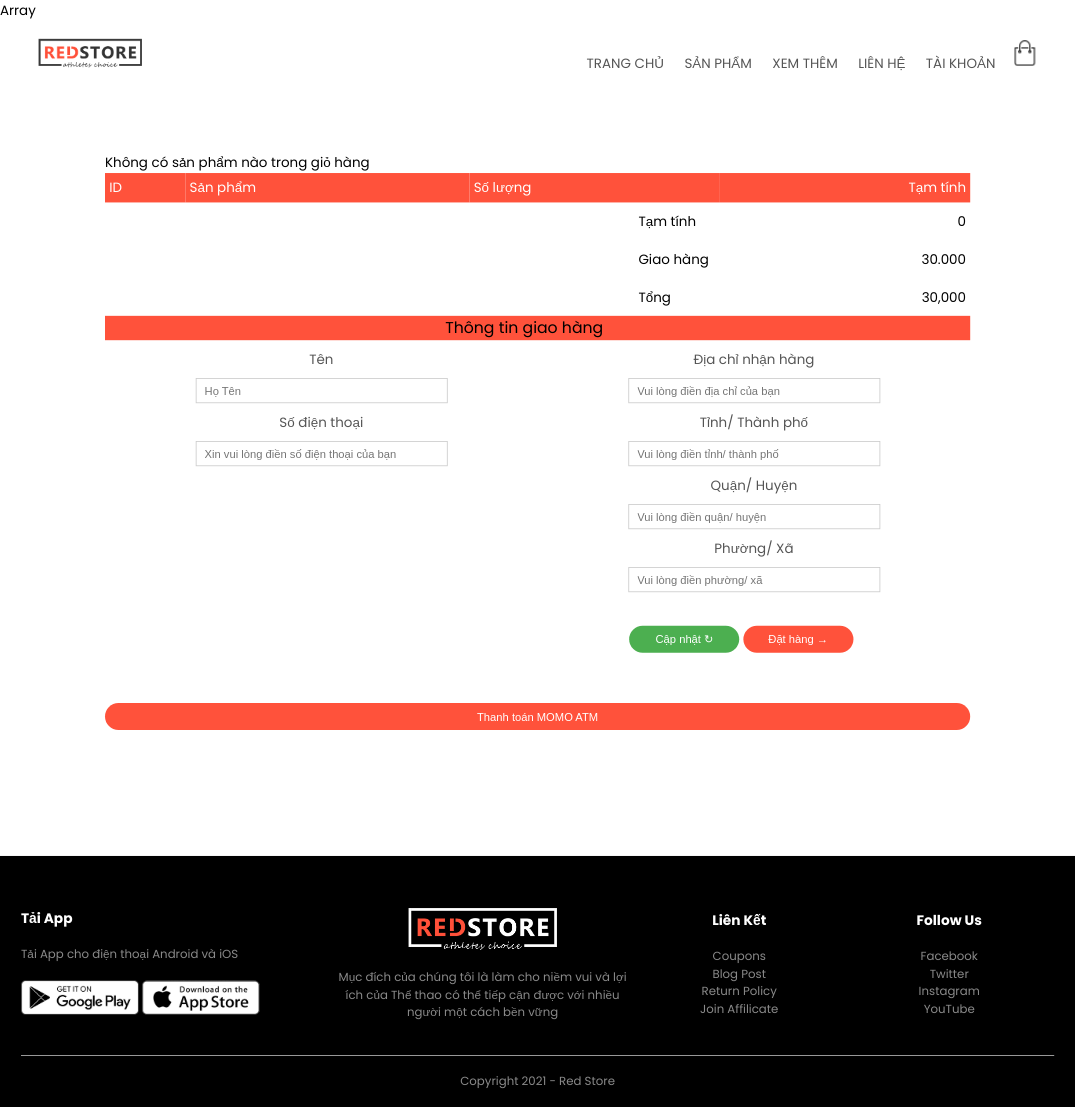
Repository: trongnk2001/RedStore
Page: http://localhost/RedStore/cart.php?action=submit
An editor plug-in stored every save of this project. The page is shown before and after the next save, followed by the edit.
The browser window is 1280 px wide. The pictures show the whole page, at 84% of full size.
Some web libraries are served in a nearby version. The page is run by PHP 8.4 with error messages shown; the project is at /var/www/html/.

Above is the page before, as saved 2022-06-05 10:49:06.

### cart.php
<?php
    session_start();
    include_once './Admin/connect.php';
    // thêm số luong
    // tru số luong
    // xoá sản phẩm
    // thêm sản phẩm vào giỏ hàng
    if(isset($_POST['themgiohang'])){
        $id = $_GET['productID'];
        $sl = $_POST['sl'];
        $sql_query = "SELECT * FROM product WHERE productID='".$id."'";
        $query = mysqli_query($links,$sql_query);
        $row = mysqli_fetch_array($query);
        if(isset($_SESSION['cart'])){
           $session_array_id = array_column($_SESSION['cart'],'id');


           if(!in_array($_GET['productID'],$session_array_id)){
            $session_array = array(
                'id' => $id,
                'soluong' => $sl,
                'price' => $row['price'],
                'name' => $row['name'],
                'img' => $row['img']
           );
            $_SESSION['cart'][] = $session_array;
           }
        }
         else{
             $session_array = array(
                 'id' => $id,
                 'soluong' => $sl,
                 'price' => $row['price'],
                 'name' => $row['name'],
                 'img' => $row['img']
             );
             $_SESSION['cart'][] = $session_array;
         }
     }

?>
<?php
                $error = false;
                $success = false;
                 if(isset($_GET['action'])){
                     $name = $_POST['name'];
                     $address = $_POST['address'];
                     $city = $_POST['city'];
                     $district = $_POST['district'];
                     $village = $_POST['village'];
                     $tel = $_POST['tel'];
                     $array_infor = array($name,$address,$city, $district, $village, $tel);
                     echo $array_infor;
                     switch($_GET['action']){
                         case "submit":
                            if(isset($_POST['update_click'])){
                                echo "Xin lỗi tính năng này chưa cập nhật";
                            }
                            elseif (isset($_POST['update_checkout'])){
                                     // echo '<pre>';
                                     // var_dump($_POST);
                                     // echo '</pre>';

                                    // echo '<pre>';

                                    // var_dump($_SESSION['cart'][$i]);
                                    // echo '</pre>';

                                // // var_dump($_POST["name"]) ;
                                 if (empty($_POST['name'])) {
                                     $error = "Bạn chưa nhập tên của người nhận";
                                 } elseif (empty($_POST['tel'])) {
                                     $error = "Bạn chưa nhập số điện thoại người nhận";
                                 } elseif (empty($_POST['address'])) {
                                     $error = "Bạn chưa nhập địa chỉ người nhận";
                                 }elseif (empty($_POST['city'])){
                                     $error = "Bạn chưa nhập thành phố !";
                                 }elseif (empty($_POST['district'])){
                                     $error = "Bạn chưa nhập quận/huyện !";
                                 }elseif (empty($_POST['village'])){
                                     $error = "Bạn chưa nhập xã/phuong !";
                                 }
                                 elseif (empty($_POST['soluong'])){
                                    $error = "Giỏ hàng rỗng";
                                }
                                $array_cart = array($_SESSION['cart']);
                                $array_cart += $array_infor;
                                if ($error == false && !empty($_POST['soluong'])) {
                                    for($i = 0; $i < count($array_cart[0]); $i++){
                                        echo '<pre>';
                                        var_dump($array_cart[0][$i]);
                                        echo '</pre>';
                                    }

                                    $products = mysqli_query($links, "SELECT * FROM product WHERE productID = $id_post");
                                    $total = 0;
                                    $orderProducts = array();
                                    $row = mysqli_fetch_array($products);
                                    $orderProducts[] = $row;
                                    $total += $row['price'] * $_POST['soluong'];
                                    $insertCus = mysqli_query($links, "INSERT INTO customer(cusID,name,adress,tel) VALUE ('','$name','$address.$village.$district.$city','$tel')");
                                    // $cusID = mysqli_query($links, "SELECT cusID FROM `customer` ORDER BY cusID DESC LIMIT 1");
                                    // sleep(5);
                                    // $add = mysqli_fetch_all($cusID);
                                    // var_dump($add[0]);
                                    $last_id = mysqli_insert_id($links);
                                    $mysqltime = date ("Y-m-d H:i:s", $phptime);
                                    $insertOrder = mysqli_query($links, "INSERT INTO `orderinf` (`orderID`, `customerID`, `total`, `orderDate`, `status`) VALUES ('', '$last_id', '$total', '$mysqltime', '1')");
                                    $last_order = mysqli_insert_id($links);
                                    $insertString = "";
                                    $gia = $_POST['giathanh'];
                                    $soluong = $_POST['soluong'];
                                    foreach ($orderProducts as $key => $product) {
                                        $insertString .= "('', '$last_order', '$row[0]', '$row[10]', '$soluong','$total')";
                                        if ($key != count($orderProducts) - 1) {
                                            $insertString .= ",";
                                        }
                                    }
                                    $insertOrderDetails = mysqli_query($links, "INSERT INTO `orderdetails` (`id`, `orderID`, `productID`, `price`, `quantity`, `total`) VALUES " . $insertString . ";");

                                    $success = "Đặt hàng thành công";
                                    $momo = "Thanh toán MOMO thành công";
                                    unset($_SESSION['cart']);
                        }
                                //  echo '<p style="text-align:center">'.$error.'</p>';


                    }
                    elseif (isset($_POST['momo'])){
                        foreach($_SESSION['cart'] as $key => $value){
                            $id_post = $_value['id'];
                        $products = mysqli_query($links, "SELECT * FROM product WHERE productID = $id_post");
                        $total = 0;
                        $orderProducts = array();
                        $row = mysqli_fetch_array($products);
                        $orderProducts[] = $row;
                        $total += $row['price'] * $_POST['soluong'];
                        $insertCus = mysqli_query($links, "INSERT INTO customer(cusID,name,adress,tel) VALUE ('','$name','$address.$village.$district.$city','$tel')");
                        // $cusID = mysqli_query($links, "SELECT cusID FROM `customer` ORDER BY cusID DESC LIMIT 1");
                        // sleep(5);
                        // $add = mysqli_fetch_all($cusID);
                        // var_dump($add[0]);
                        $last_id = mysqli_insert_id($links);
                        $mysqltime = date ("Y-m-d H:i:s", $phptime);
                        $insertOrder = mysqli_query($links, "INSERT INTO `orderinf` (`orderID`, `customerID`, `total`, `orderDate`, `status`) VALUES ('', '$last_id', '$total', '$mysqltime', '1')");
                        $last_order = mysqli_insert_id($links);
                        $insertString = "";
                        $gia = $_POST['giathanh'];
                        $soluong = $_POST['soluong'];
                        foreach ($orderProducts as $key => $product) {
                            $insertString .= "('', '$last_order', '$row[0]', '$row[10]', '$soluong','$total')";
                            if ($key != count($orderProducts) - 1) {
                                $insertString .= ",";
                            }
                        }
                        $insertOrderDetails = mysqli_query($links, "INSERT INTO `orderdetails` (`id`, `orderID`, `productID`, `price`, `quantity`, `total`) VALUES " . $insertString . ";");
                    }
                                    $momo = "Thanh toán MOMO thành công";
                                    unset($_SESSION['cart']);
                }


                }
        }
                if(isset($_GET['partnerCode'])){
                    $partnerCode = $_GET['partnerCode'];
                    $orderID = $_GET['orderID'];
                    $amount = $_GET['amount'];
                    $orderInfo = $_GET['orderInfo'];
                    $orderType = $_GET['orderType'];
                    $transId = $_GET['transId'];
                    $payType = $_GET['payType'];
                //insert database momo
                $insert_momo = "INSERT INTO tbl_momo(partner_code,order_id,amount,order_info,order_type,trans_id,pay_type)
                VALUE ('".$partnerCode."','".$orderID."','".$amount."','".$orderInfo."','".$orderType."','".$trans_id."','".$payType."')";
                $cart_query = mysqli_query($links,$insert_momo);



                    }
            ?>
<!DOCTYPE html>
<html lang="en">
<head>
    <meta charset="UTF-8">
    <meta name="viewport" content="width=device-width, initial-scale = 1.0">
    <meta http-equiv="X-UA-Compatible" content="IE=edge">
    <meta name="viewport" content="width=device-width, initial-scale=1.0">
    <link rel="stylesheet" href="./style.css">
    <link rel="preconnect" href="https://fonts.googleapis.com">
    <link rel="preconnect" href="https://fonts.gstatic.com" crossorigin>
    <link href="https://fonts.googleapis.com/css2?family=Poppins:wght@300;400;500;600;700&display=swap" rel="stylesheet">
    <script src="https://use.fontawesome.com/2defadb02e.js"></script>
    <title>Sản phẩm - Red Store - Nơi thể hiện cá tính của bạn</title>
</head>
<body>
        <div class="container">
            <div class="nav-bar">
                <div class="logo">
                    <img src="images/logo.png" alt="" width="125px">
                </div>
                <nav>
                    <ul id="MenuItems">
                        <li><a href="index.php">TRANG CHỦ</a></li>
                        <li><a href="products.php">SẢN PHẨM</a></li>
                        <li><a href="">XEM THÊM</a></li>
                        <li><a href="">LIÊN HỆ</a></li>
                        <li><a href="account.php">TÀI KHOẢN</a></li>
                    </ul>
                </nav>
                <a href="cart.php"><img src="images/cart.png" width="30px" height="30px" alt=""></a>
                <img src="images/menu.png" class="menu-icon" onclick="menutoggle()">
            </div>
        </div>
        <form action="cart.php?action=submit"  method="post">
        <!-- cart items details -->
        <div class="small-container cart-page">
            <table>
                <tr>
                    <th>ID</th>
                    <th>Sản phẩm</th>
                    <th>Số lượng</th>
                    <th>Tạm tính</th>
                </tr>
            <?php
                $total =0;
                if(!empty($_SESSION['cart'])){
                    foreach ($_SESSION['cart'] as $key => $value){
                        $rerult = substr($value['img'],3);
                            ?>

                                <tr>
                                    <td> <input name="id" type="text" value="<?php echo $value['id'] ?>" style="border: none;width: 30px ;"> </td>
                                    <td>
                                        <div class="cart-info">
                                            <?php echo ' <img src="'.$rerult.'"> '?>
                                            <div>
                                                <p name="ten"><?php echo $value['name'] ?></p>
                                                <small name="giathanh">Giá : <?php echo $value['price'] ?></small>
                                                <br>
                                                <a href="cart.php?remove=<?php echo $value['id'] ?>">Remove
                                                    <!-- <button style="color: #ff523b;font-size: 12px;border:none;background-color: #fff;cursor: pointer;">Remove</button> -->
                                                </a>
                                            </div>
                                        </div>
                                    </td>
                                    <td> <input name="soluong" type="number" value="<?php echo $value['soluong'] ?>" style="width: 40px;height: 30px;padding: 5px;"></td>
                                    <td><?php echo number_format( $value['soluong']*$value['price']) ?></td>
                                </tr>

                            <?php
                        $total = $total + $value['price'] * $value['soluong'];
                    }
                }
                else{
                    echo 'Không có sản phẩm nào trong giỏ hàng';
                }
            ?>
            <?php
                if(isset($_GET['remove'])){
                    $id = $_GET['remove'];
                    foreach($_SESSION['cart'] as $key => $value){
                        if($value['id'] == $id){
                            unset($_SESSION['cart'][$key]);
                        }
                        header('Location:cart.php');
                    }
                }

            ?>


            </table>

            <div class="total-price">
                <table>
                    <tr>
                        <td>Tạm tính</td>
                        <td><?php echo number_format($total) ?></td>
                    </tr>
                    <tr>
                        <td>Giao hàng</td>
                        <td>30.000</td>
                    </tr>
                    <tr>
                        <td>Tổng</td>
                        <td><?php echo number_format( $total + 30000)?></td>
                    </tr>
                </table>
            </div>
            <form action="">
            <div class="small-container" style="padding:0px 0px">
                <h3 style="padding: 0px 405px;background-color: #ff523b;">Thông tin giao hàng</h3>
                <?php if (!empty($error)) { ?>
                <div id="notify-msg" style="text-align: center; margin-top: 20px;font-weight: 600;">
                    <?= $error ?>
                </div>
            <?php } elseif (!empty($success)) { ?>
                <div id="notify-msg" style="text-align: center; margin-top: 20px;font-weight: 600;">
                    <?= $success ?>.
                </div>
            <?php } elseif(!empty($cart_query)) { ?>
                <div id="notify-msg" style="text-align: center; margin-top: 20px;font-weight: 600;">
                <?= $momo?>
                </div>
            <?php

        } ?>
                <div class="row" style="align-items: initial;">
                    <div class="col-2 inf" style="display: flex;align-items: center;flex-direction: column;">
                            <p>Tên</p>
                            <input type="text" name="name" placeholder="Họ Tên" style="width:300px">
                            <p>Số điện thoại</p>
                            <input type="text" name ="tel" placeholder="Xin vui lòng điền số điện thoại của bạn" style="width:300px">
                    </div>
                    <div class="col-2 inf" style="display: flex;align-items: center;flex-direction: column;">
                            <p>Địa chỉ nhận hàng</p>
                            <input type="text" name ="address" placeholder="Vui lòng điền địa chỉ của bạn">
                            <p>Tỉnh/ Thành phố</p>
                            <input type="text" name ="city" placeholder="Vui lòng điền tỉnh/ thành phố">
                            <p>Quận/ Huyện</p>
                            <input type="text" name ="district" placeholder="Vui lòng điền quận/ huyện">
                            <p>Phường/ Xã</p>
                            <input type="text" name = "village" placeholder="Vui lòng điền phường/ xã">
                        <div class="buy" style="text-align: center;margin-left: -30px;float:initial">
                        <input  type="submit" name="update_click" value="Cập nhật &#8635" style="display: inline-block;background: #4CAF50;color: #fff;padding: 8px 30px;margin: 30px 0;border-radius: 30px;transition: background 0.5s;border: none;cursor: pointer;height:32px;width:131px ;">
                        <input  type="submit" name="update_checkout" value="Đặt hàng &#8594" style="display: inline-block;background: #ff523b;color: #fff;padding: 8px 30px;margin: 30px 0;border-radius: 30px;transition: background 0.5s;border: none;cursor: pointer;height:32px;width:131px ;">
                        </div>
                    </div>
                </div>
            </div>
            </form>

            <form
            class="" method="POST" target="_blank" enctype="application/x-www-form-urlencoded"
                          action="xulithanhtoanmomo_atm.php?name=<?php echo $name?>">
                <input type="hidden" value="<?php echo number_format($total)?>" name ="total">
                <input
                style="display: inline-block;background: #ff523b;color: #fff;padding: 8px 30px;margin: 30px 0;border-radius: 30px;transition: background 0.5s;border: none;cursor: pointer;height:32px;width:100% ;"
                type="submit" name="momo" value="Thanh toán MOMO ATM">
            </form>

            <!-- <div class="buy">
                    <a href="checkout.php" class="btn" style="padding: 8px 20px;">Thanh toán &#8594;</a>
            </div> -->
        </div>
        </form>


    <!-- footer -->

    <div class="footer" style="margin-top: 120px;">
        <div class="container">
            <div class="row">
                <div class="footer-col-1">
                    <h3>Tải App</h3>
                    <p>Tải App cho điện thoại Android và iOS</p>
                    <div class="app-logo">
                        <img src="images/play-store.png">
                        <img src="images/app-store.png">
                    </div>
                </div>

                <div class="footer-col-2">
                    <img src="images/logo-white.png">
                    <p>Mục đích của chúng tôi là làm cho niềm vui và lợi
                        ích của Thể thao có thể tiếp cận được với nhiều
                        người một cách bền vững</p>
                </div>

                <div class="footer-col-3">
                    <h3>Liên Kết</h3>
                    <ul>
                        <li>Coupons</li>
                        <li>Blog Post</li>
                        <li>Return Policy</li>
                        <li>Join Affilicate</li>
                    </ul>
                </div>

                <div class="footer-col-4">
                    <h3>Follow Us</h3>
                    <ul>
                        <li>Facebook</li>
                        <li>Twitter</li>
                        <li>Instagram</li>
                        <li>YouTube</li>
                    </ul>
                </div>
            </div>
            <hr>
            <p class="copyright">Copyright 2021  - Red Store</p>
        </div>
    </div>

    <!-- JS for responsive -->

    <script>
        var MenuItems = document.getElementById("MenuItems")
        MenuItems.style.maxHeight = "0px";
        function menutoggle(){
            if(MenuItems.style.maxHeight == "0px"){
                MenuItems.style.maxHeight = "200px";
            }
            else{
                MenuItems.style.maxHeight = "0px";
            }
        }
    </script>
</body>
</html>

### Admin/connect.php
<?php
    error_reporting(0);
    $host = "localhost";
    $user = "root";
    $password = "";
    $datbase = "redstore";
    $links = mysqli_connect($host,$user,$password);
    mysqli_select_db($links, $datbase);
    mysqli_set_charset($links,"utf8");
?>

Loaded but not shown: style.css (590 lines, source omitted)

After the next save:
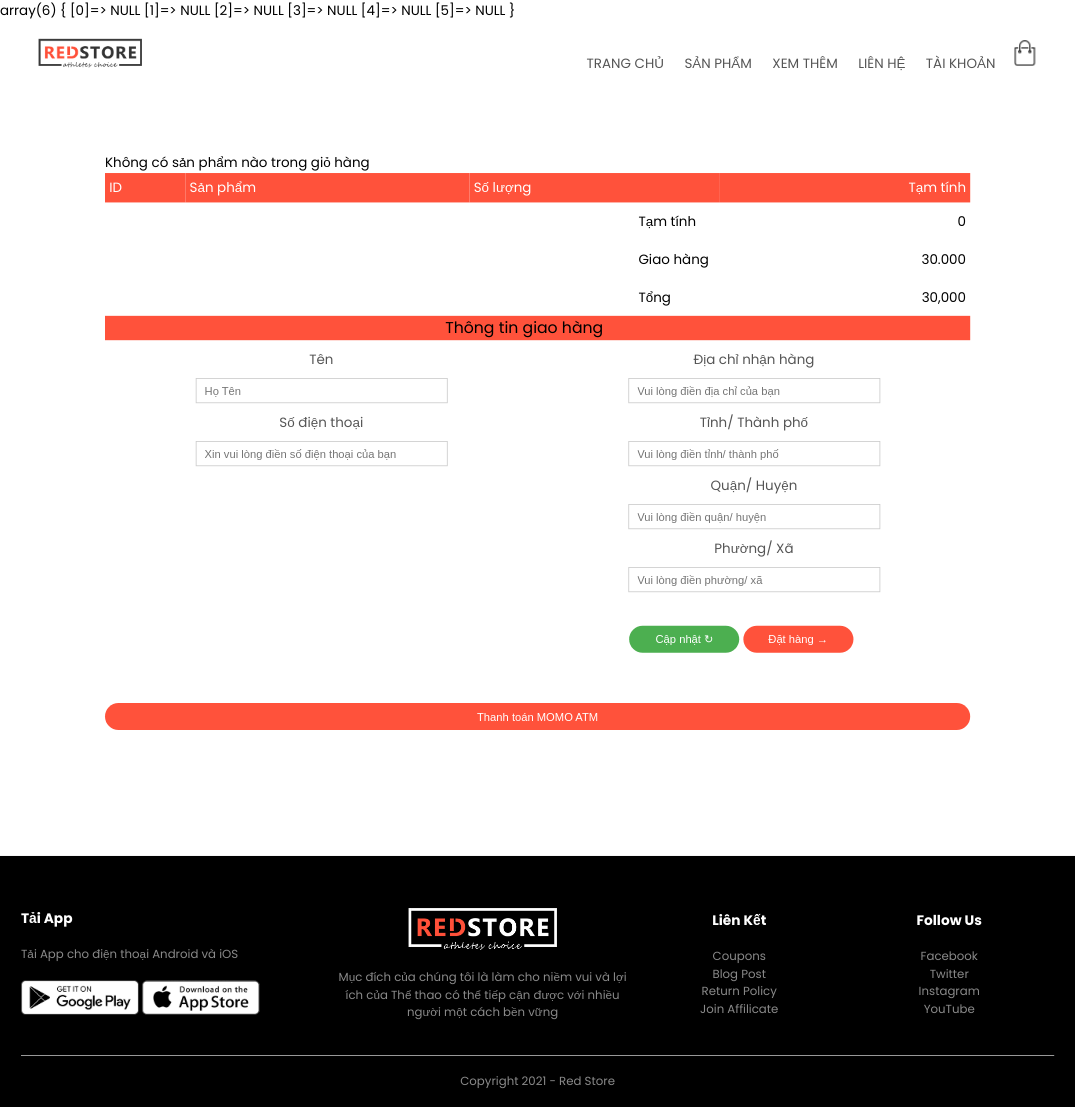
Saved 16 s later.
--- a/cart.php
+++ b/cart.php
@@ -50,7 +50,7 @@
                      $village = $_POST['village'];
                      $tel = $_POST['tel'];
                      $array_infor = array($name,$address,$city, $district, $village, $tel);
-                     echo $array_infor;
+                     var_dump($array_infor);
                      switch($_GET['action']){
                          case "submit":
                             if(isset($_POST['update_click'])){
